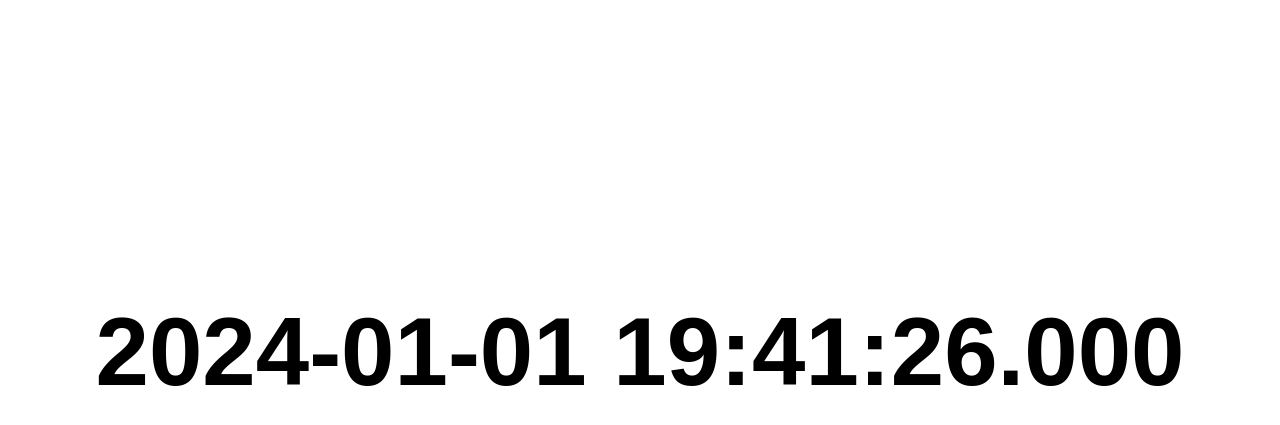
Repository: end888160/end888160.github.io
Page: clock.html
The author's editor kept a copy of each file at every save. The page is drawn from the files as they stood at one save, then again after the next save.
The browser window is 1280 px wide. The pictures show the whole page.

Above is the page before, as saved 2024-09-22 12:47:30.

After the next save:
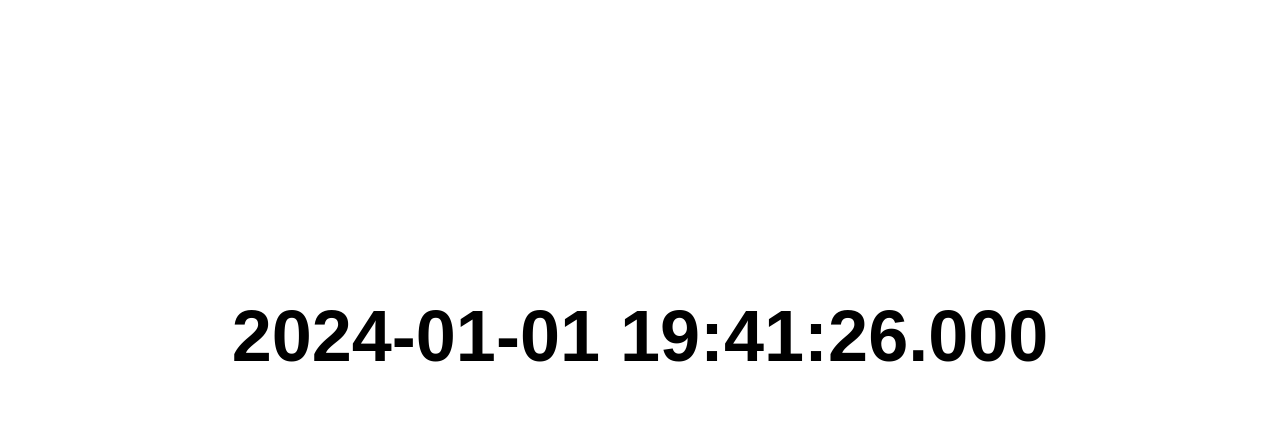
Saved 3 s later.
--- a/clock.html
+++ b/clock.html
@@ -11,8 +11,8 @@
 		display: flex;
 		height: 80vh;
 		align-items: center;
-		font-size: 7.5vw;
-		font-family: Arial, Helvetica, 'Gill Sans', 'Gill Sans MT', Calibri, 'Trebuchet MS', sans-serif;
+		font-size: 72px;
+		font-family: Arial, Helvetica, "Noto Sans", sans-serif;
 
 	}
 	body {
@@ -30,11 +30,7 @@
 		color: white;
 		}
 	}
-	@media only screen and (orientation: portrait) {
-		h1 {
-			font-size: 15vw;
-		}
-	}
+
 	</style>
 </head>
 <body>
